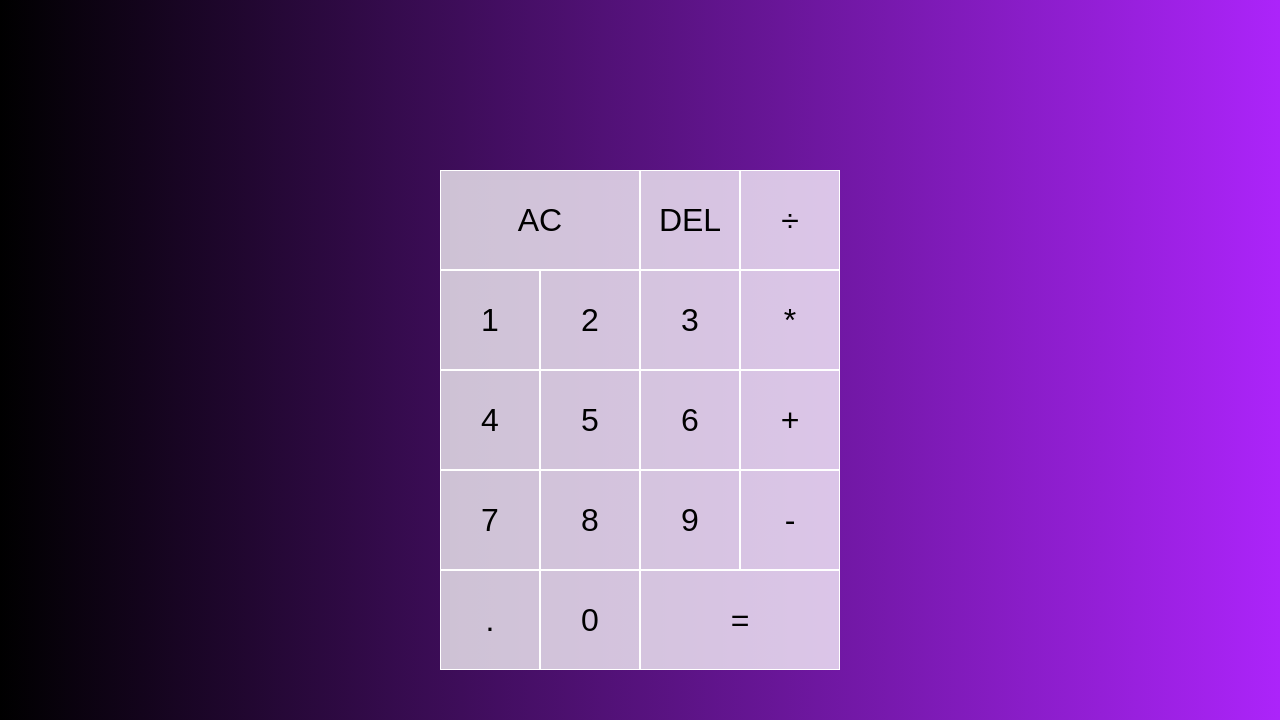
Repository: burntaftermint/calculator
Page: index.html
An editor plug-in stored every save of this project. The page is shown before and after the next save, followed by the edit.
The browser window is 1280 px wide. The pictures show the whole page.

Above is the page before, as saved 2023-11-01 02:38:57.

### index.html
<!DOCTYPE html>
<html lang="en">
<head>
    <meta charset="UTF-8">
    <meta name="viewport" content="width=device-width, initial-scale=1.0">
    <title>Calculator</title>
    <link href="styles.css" rel="stylesheet">
    <script src="script.js" defer></script>
</head>
<body>
    <div class="calculator-grid">
        <div class="output">
            <div class="previous-operand"></div>
                <div class="current-operand"></div>
        </div>
        <button class="span-two">AC</button>
        <button>DEL</button>
        <button>÷</button>
        <button>1</button>
        <button>2</button>
        <button>3</button>
        <button>*</button>
        <button>4</button>
        <button>5</button>
        <button>6</button>
        <button>+</button>
        <button>7</button>
        <button>8</button>
        <button>9</button>
        <button>-</button>
        <button>.</button>
        <button>0</button>
        <button class="span-two">=</button>

    </div>
</body>
</html>

### styles.css
*::before, *::after {
    box-sizing: border-box;
    font-family: Gotham Rounded, sans-serif;
    font-weight: normal;
}

body {
    padding: 0;
    margin: 0;
    background: linear-gradient(to right, #000000, #ac24fa);
}

.calculator-grid {
    display: grid;
    justify-content: center;
    align-content: center;
    min-height: 100vh;
    grid-template-columns: repeat(4, 100px);
    grid-template-rows: minmax(120px, auto) repeat(5, 100px);
}

.calculator-grid > button {
    cursor: pointer;
    font-size: 2rem;
    border: 1px solid white;
    outline: none;
    background-color: rgba(255, 255, 255, .75);
}

.calculator-grid > button:hover {
    background-color: rgba(255, 255, 255, 0.9);
}

.span-two {
    grid-column: span 2;
}

.output {
    grid-column: 1 / -1;
}

Loaded but not shown: script.js (no copy from this time; the picture is the same without it)

After the next save:
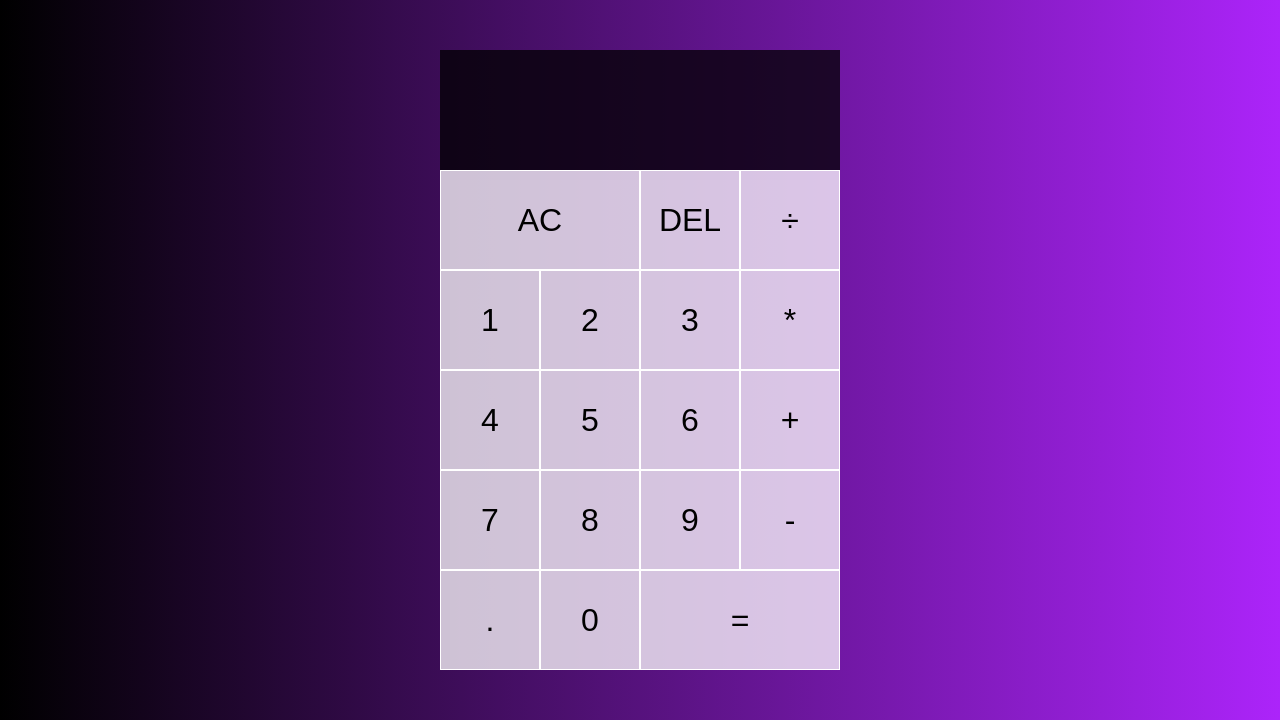
Saved 34 s later.
--- a/styles.css
+++ b/styles.css
@@ -37,4 +37,5 @@ body {
 
 .output {
     grid-column: 1 / -1;
+    background-color: rgba(0, 0, 0, .75);
 }
